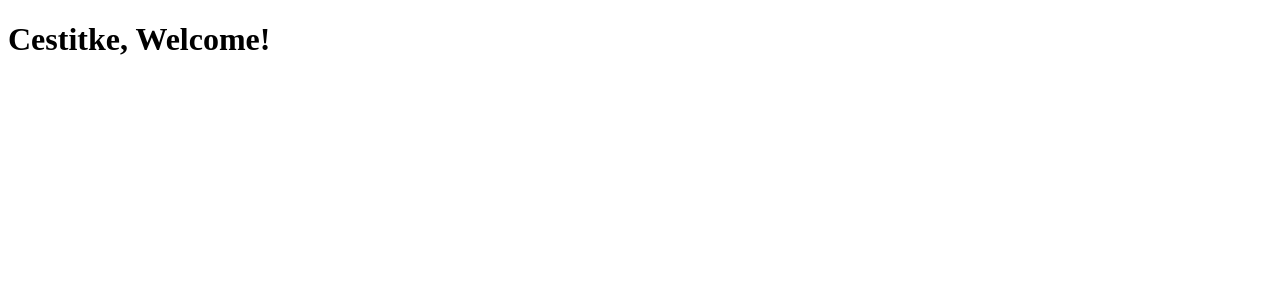
Repository: ObradovicNikola/pmf-rzk-part2
Page: http://localhost/CestitkeWEB/
The author's editor kept a copy of each file at every save. The page is drawn from the files as they stood at one save, then again after a run of saves.
The browser window is 1280 px wide. The pictures show the whole page.
The page is served by Tomcat 9.

Above is the page before, as saved 2022-12-06 18:33:41.

### CestitkeWEB/src/main/webapp/index.jsp
<%@ page language="java" contentType="text/html; charset=UTF-8"
    pageEncoding="UTF-8"%>
<!DOCTYPE html>
<html>
<head>
<meta charset="UTF-8">
<title>Insert title here</title>
</head>
<body>
	<h1>Cestitke, Welcome!</h1>
</body>
</html>

After the next 2 saves:
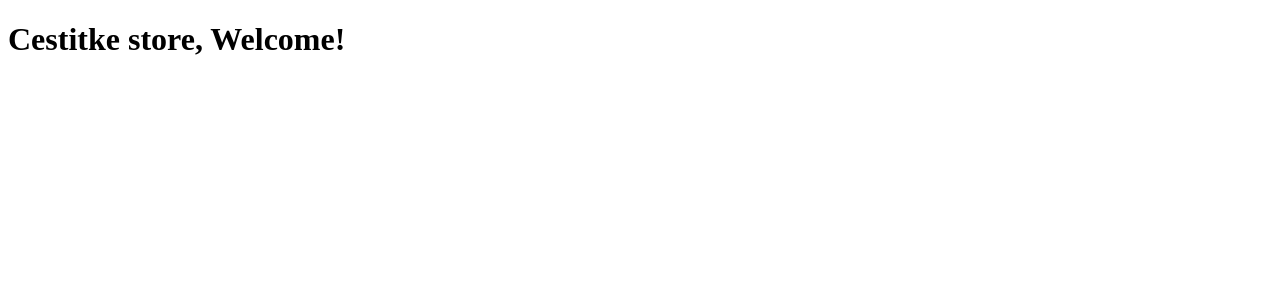
The 2 saves are shown as one change because they came seconds apart.
The last was saved 8 s later.
--- a/CestitkeWEB/src/main/webapp/index.jsp
+++ b/CestitkeWEB/src/main/webapp/index.jsp
@@ -4,9 +4,9 @@
 <html>
 <head>
 <meta charset="UTF-8">
-<title>Insert title here</title>
+<title>Cestitke</title>
 </head>
 <body>
-	<h1>Cestitke, Welcome!</h1>
+	<h1>Cestitke store, Welcome!</h1>
 </body>
 </html>
